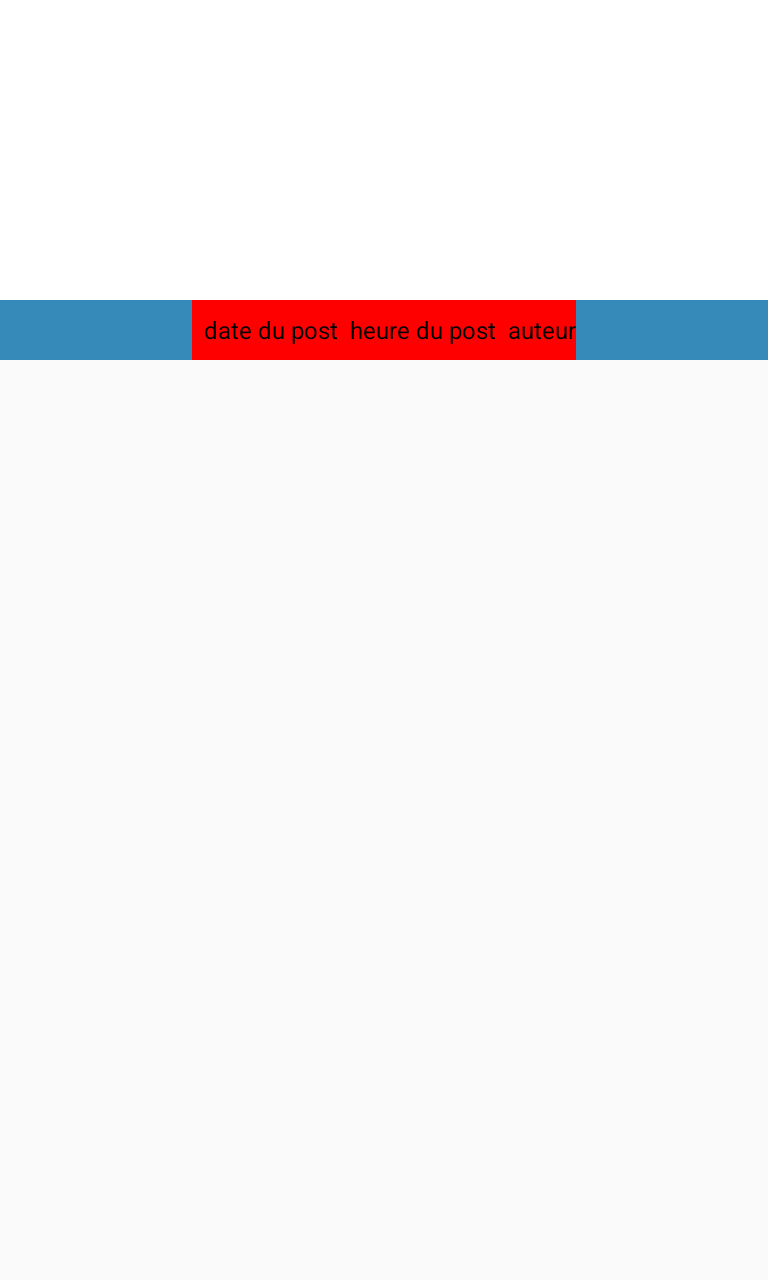
Repository: pierrealexvezinet/excusedemerde
Layout: edm/res/layout/edm_textview_layout.xml
These files come from the project's save history. The layout is drawn as it stood at one moment and after the next save; the edit follows.
It is drawn on a 768 x 1280 px phone screen (xhdpi) without system bars, with theme Theme.AppCompat.Light; the app's code is not run.

Above is the layout before, as saved 2014-02-16 21:17:30.

After the next save:
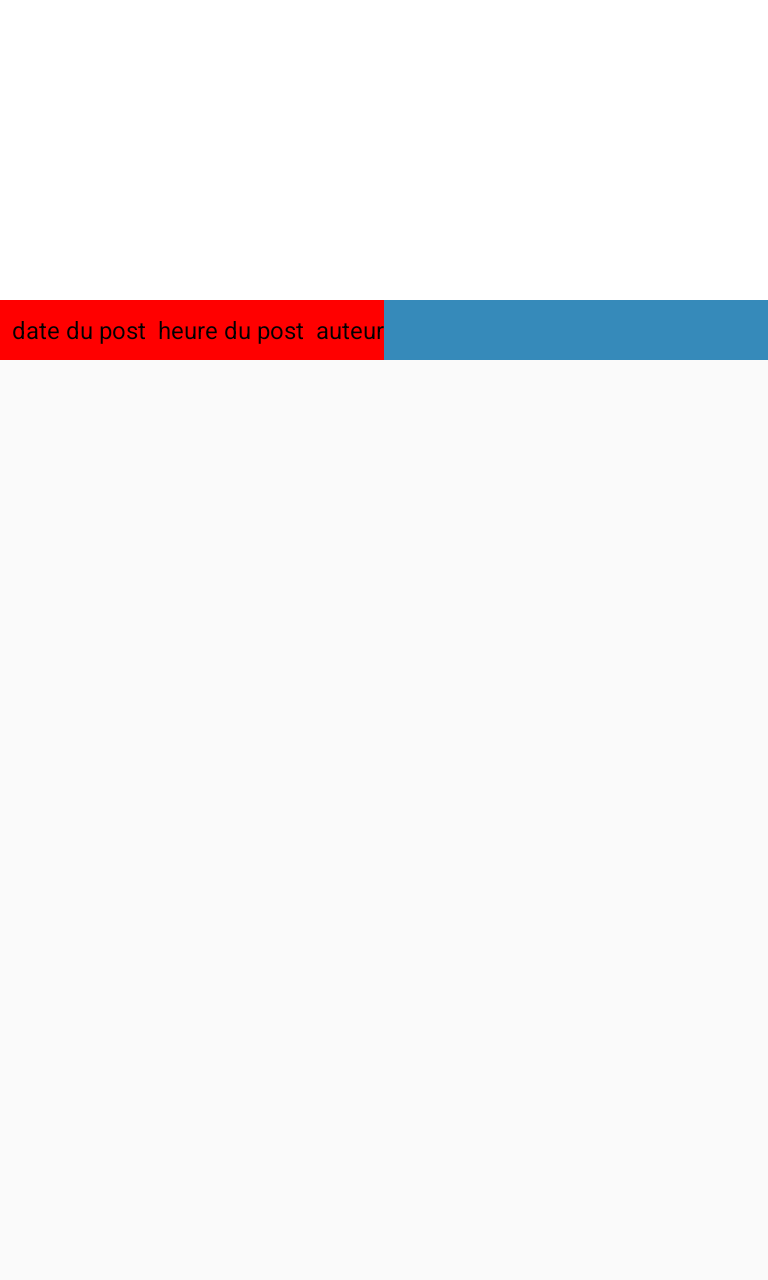
Saved 61 s later.
--- a/edm/res/layout/edm_textview_layout.xml
+++ b/edm/res/layout/edm_textview_layout.xml
@@ -36,7 +36,7 @@
 		    android:layout_width="match_parent"
 		    android:layout_height="match_parent"
 		    android:background="@color/edm_blue_dark_background"
-		      android:gravity="center">
+		      android:gravity="left">
 
         <TextView
             android:background="#ff0000"
